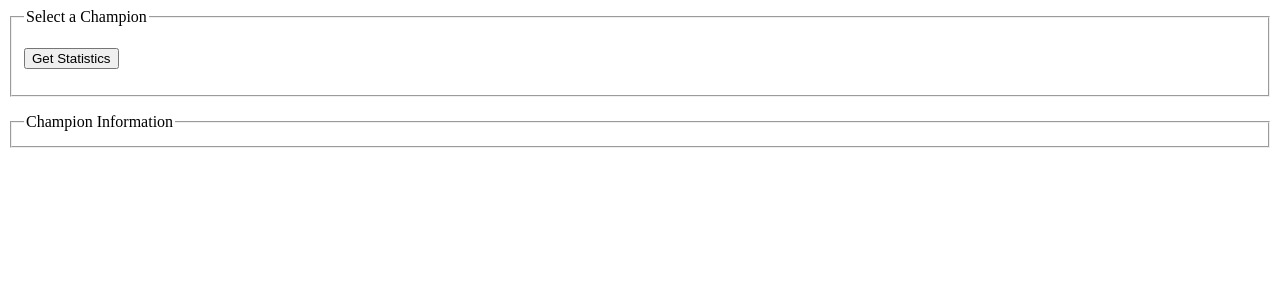
Repository: spencer-carver/lol-db
Page: LOLdb/war/index.html
An editor plug-in stored every save of this project. The page is shown before and after the next save, followed by the edit.
The browser window is 1280 px wide. The pictures show the whole page.
The page's requests for data from a server got no answer. Some web libraries are served in a nearby version.

Above is the page before, as saved 2013-01-31 09:54:13.

After the next save:
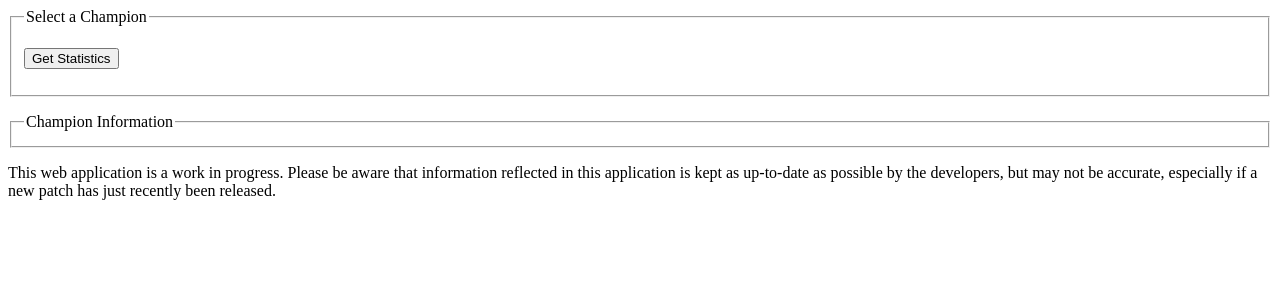
Saved 2 min 6 s later.
--- a/LOLdb/war/index.html
+++ b/LOLdb/war/index.html
@@ -30,5 +30,10 @@
                  <div id="info_pane"></div>
         </fieldset>
     </div>
+<footer>
+  <p>This web application is a work in progress.  Please be aware that information reflected in this application is kept as up-to-date as possible
+  by the developers, but may not be accurate, especially if a new patch has just recently been released.</p>
+  <p><time pubdate datetime="2013-01-31"></time></p>
+</footer>
 </body>
 </html>
